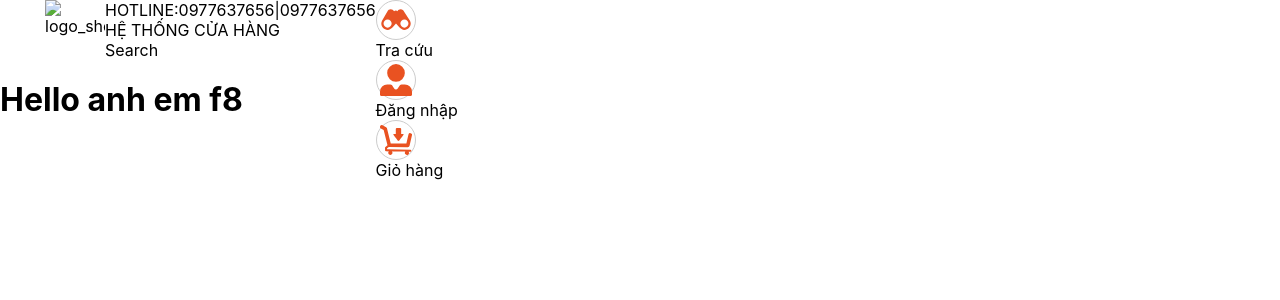
Repository: manhhieu120499/BadmintonShop
Page: /
An editor plug-in stored every save of this project. The page is shown before and after the next save, followed by the edit.
The browser window is 1280 px wide. The pictures show the whole page.
The project was rebuilt for these pictures with package versions that can differ from the ones it lists, and the page was loaded fresh each time.

Above is the page before, as saved 2024-08-19 09:47:44.

### src/App.js
import './App.css';
import { DefaultLayout } from './layouts/DefaultLayout';

function App() {
	return (
		<DefaultLayout>
			<div className="App">
				<h1>Hello anh em f8</h1>
			</div>
		</DefaultLayout>
	);
}

export default App;

### src/App.css
/*reset css*/
* {
	margin: 0;
	padding: 0;
	box-sizing: border-box;
}

### src/layouts/DefaultLayout/DefaultLayout.js
import classNames from 'classnames/bind';
import styles from './DefaultLayout.module.scss';
import { Header } from '../components/';

const cx = classNames.bind(styles);

function DefaultLayout({ children }) {
	return (
		<div className={cx('container')}>
			<Header />
			{children}
		</div>
	);
}

export default DefaultLayout;

### src/layouts/DefaultLayout/DefaultLayout.module.scss
.container {
	width: 100vw;
	min-height: 100vh;
	background-color: white;
}

### src/layouts/components/Header/Header.js
import classNames from 'classnames/bind';
import styles from './Header.module.scss';
import images from '../../../assets/images';
import Search from '../Search';
import { LookupIcon, ShoppingCart, UserIcon } from '../../../components/Icons';
import Button from '../../../components/Button';
const cx = classNames.bind(styles);
function Header() {
	return (
		<div className={cx('wrapper')}>
			<img
				className={cx('logo-brand')}
				src={images.logo}
				alt="logo_shop"
			/>
			<div className={cx('header-content')}>
				<div className={cx('info-contact')}>
					{/** icon */}
					<p>
						HOTLINE:
						<span>0977637656</span>
						<span>|</span>
						<span>0977637656</span>
					</p>
				</div>
				<div className={cx('other-company')}>
					{/** icon */}
					<p>HỆ THỐNG CỬA HÀNG</p>
				</div>
				<Search />
			</div>
			<div className={cx('other')}>
				<Button title={'Tra cứu'} Icon={LookupIcon} />
				<Button title={'Đăng nhập'} Icon={UserIcon} />
				<Button title={'Giỏ hàng'} Icon={ShoppingCart} />
			</div>
		</div>
	);
}

export default Header;

### src/layouts/components/Header/Header.module.scss
.wrapper {
	height: 80px;
	width: 100%;
	padding: 0 45px;
	display: flex;
}

.logo-brand {
	width: 60px;
	height: 60px;
	display: inline-block;
}

### src/assets/images/index.js
const images = {
	logo: require('../images/logo.svg').default,
};

export default images;

### src/layouts/components/Search/Search.js
function Search() {
	return <div>Search</div>;
}

export default Search;

### src/components/Icons/Icon.js
export const LookupIcon = ({ width = '2rem', height = '2rem' }) => {
	return (
		<svg
			version="1.1"
			id="Layer_1"
			xmlns="http://www.w3.org/2000/svg"
			x="0px"
			y="0px"
			viewBox="0 0 850.39 850.39"
			width={width}
			height={height}
		>
			<path
				fill="#E75325"
				d="M797.17,444.28L641.85,206.29c-14.4-37.32-50.59-63.8-92.99-63.8c-35.78,0-67.14,18.86-84.72,47.18
								   c-11.68-9.55-26.59-15.28-42.85-15.28c-18.79,0-35.78,7.65-48.06,20c-16.92-30.92-49.75-51.89-87.48-51.89
								   c-38.92,0-72.61,22.33-89.02,54.86L53.74,443.61c-12.2,23.22-19.14,49.61-19.14,77.61c0,92.32,75.11,167.44,167.44,167.44
								   c55.47,0,95.68-27.91,135.19-68.81l88.06-98.63l88.06,98.63c39.51,36.92,79.72,68.81,135.19,68.81
								   c92.33,0,167.44-75.11,167.44-167.44C815.97,493.49,809.15,467.34,797.17,444.28z M202.03,628.85
								   c-59.45,0-107.64-48.19-107.64-107.64s48.19-107.64,107.64-107.64s107.64,48.19,107.64,107.64S261.48,628.85,202.03,628.85z
									M648.53,628.85c-59.45,0-107.64-48.19-107.64-107.64s48.19-107.64,107.64-107.64s107.64,48.19,107.64,107.64
								   S707.98,628.85,648.53,628.85z"
			></path>
		</svg>
	);
};

export const UserIcon = ({ width = '2rem', height = '2rem' }) => {
	return (
		<svg
			xmlns="http://www.w3.org/2000/svg"
			viewBox="0 0 245.86 244.44"
			fill="#E95221"
			width={width}
			height={height}
		>
			<path
				d="M249.31,163.93H225.14a16.46,16.46,0,0,0-13.49,7l-16.9,24.18a16.46,16.46,0,0,1-27.12-.18l-16.17-23.82a16.48,16.48,0,0,0-13.62-7.22H114.11a55.34,55.34,0,0,0-55.33,55.34v24.55A8.23,8.23,0,0,0,67,252.06h229.4a8.24,8.24,0,0,0,8.23-8.24V219.27A55.34,55.34,0,0,0,249.31,163.93Zm-67.57-20.58a67.87,67.87,0,1,0-67.86-67.87A67.86,67.86,0,0,0,181.74,143.35Z"
				transform="translate(-58.78 -7.61)"
			></path>
		</svg>
	);
};

export const ShoppingCart = ({ width = '2rem', height = '2rem' }) => {
	return (
		<svg
			xmlns="http://www.w3.org/2000/svg"
			viewBox="0 0 265.71 247.92"
			fill="#E95221"
			width={width}
			height={height}
		>
			<path
				d="M298.21,71.39a14.93,14.93,0,0,0-17.88,11.2l-17.21,75-129.91-1.2L101.9,31.17a15,15,0,0,0-7.28-9.46L66.2,6.08A14.92,14.92,0,0,0,51.82,32.23L74.53,44.72l31.89,127.52L89.25,185.79A8.52,8.52,0,0,0,86,192.48v21.31a8.52,8.52,0,0,0,8.4,8.53l24.06.34A17,17,0,1,0,142,223l112.53,1.58a17,17,0,1,0,26.94.38l14.67.2h.13a8.53,8.53,0,0,0,.11-17l-193.35-2.72v-8.77l14.18-11.2a14.36,14.36,0,0,0,4.15.67l153.44,1.43H275a14.93,14.93,0,0,0,14.54-11.59l19.91-86.66A14.93,14.93,0,0,0,298.21,71.39Z"
				transform="translate(-44.09 -4.24)"
				strokeMiterlimit="10"
				strokeLinecap="round"
				strokeLinejoin="round"
			></path>
			<path
				d="M233.64,77.44H219.77V37.3a8.91,8.91,0,0,0-8.91-8.91H184.14a8.91,8.91,0,0,0-8.9,8.91V77.44H161.37c-6.14,0-8.16,4-4.5,9l10.32,13.84,13.33,17.9L190.84,132c3.67,4.92,9.67,4.92,13.33,0l10.32-13.85,13.33-17.9,10.32-13.84C241.8,81.46,239.78,77.44,233.64,77.44Z"
				transform="translate(-44.09 -4.24)"
				strokeMiterlimit="10"
				strokeLinecap="round"
				strokeLinejoin="round"
			></path>
		</svg>
	);
};

### src/components/Button/Button.js
import classNames from 'classnames/bind';
import styles from './Button.module.scss';

const cx = classNames.bind(styles);

function Button({ title, Icon, onClick }) {
	return (
		<div className={cx('wrapper')} onClick={onClick}>
			<div className={cx('image-icon')}>
				<Icon />
			</div>
			<p>{title}</p>
		</div>
	);
}

export default Button;

### src/components/Button/Button.module.scss
.image-icon {
	width: 40px;
	height: 40px;
	border-radius: 50%;
	border: 1px solid #ccc;
	display: flex;
	align-items: center;
	justify-content: center;
}

Loaded but not shown: public/index.html (common file); src/index.js (common file); src/index.css (common file); src/reportWebVitals.js (common file); src/layouts/DefaultLayout/index.js (common file); src/layouts/components/index.js (common file); src/layouts/components/Header/index.js (common file); src/layouts/components/Search/index.js (common file); src/components/Icons/index.js (common file); src/components/Button/index.js (common file)

After the next save:
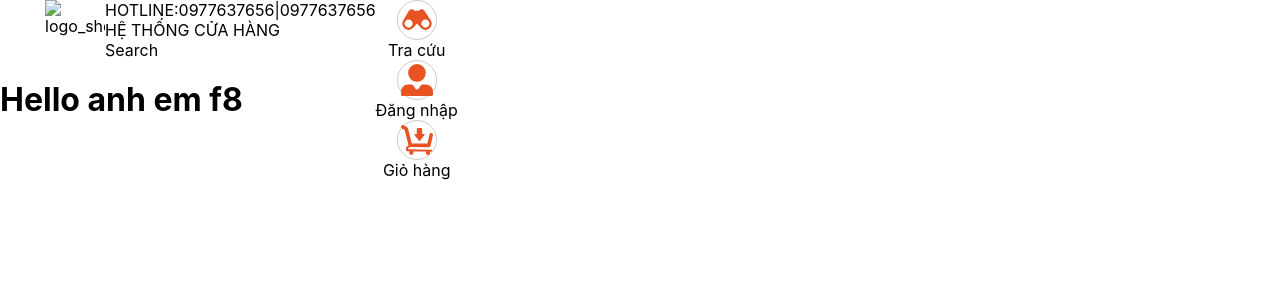
Saved 36 s later.
--- a/src/components/Button/Button.module.scss
+++ b/src/components/Button/Button.module.scss
@@ -1,3 +1,9 @@
+.wrapper {
+	display: flex;
+	flex-direction: column;
+	align-items: center;
+}
+
 .image-icon {
 	width: 40px;
 	height: 40px;
